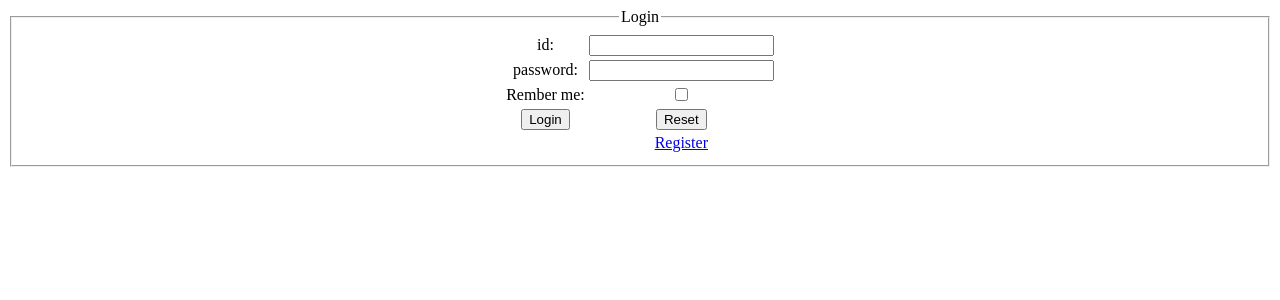
Repository: santhoshkaranth10/TYSS-16sep19-santhoshkaranthkb
Page: http://localhost/empwebapp/home
An editor plug-in stored every save of this project. The page is shown before and after the next save, followed by the edit.
The browser window is 1280 px wide. The pictures show the whole page.
The page is served by Tomcat 9. Other server files are loaded and not shown.

Above is the page before, as saved 2019-11-18 12:53:43.

### eclipse-workspace/empwebapp/WebContent/login.jsp
<%@ page language="java" contentType="text/html; charset=ISO-8859-1"
	pageEncoding="ISO-8859-1"%>
<!DOCTYPE html>
<html>
<head>
<meta charset="ISO-8859-1">
<title>Insert title here</title>
</head>
<jsp:useBean id="msg" class="java.lang.String" scope="request"/>
<%
String id="";
Cookie[] cookies=request.getCookies();
if(cookies!=null) {
	for (Cookie cookie : cookies) {
		if(cookie.getName().equals("alwaysRember")) {
			id=cookie.getValue();
		}
	}
}
%>
<body>
	<fieldset align='center'>
		<legend>Login</legend>
		<form action='./login' method='post''>
			<table align='center'>
				<tr>
					<td>id:</td>
					<td><input type='number' name='id' value='<%=id%>'></td>
				</tr>
				<tr>
					<td>password:</td>
					<td><input type='password' name='password'></td>
				</tr>
				<tr>
					<td>Rember me:</td>
					<td><input type='checkbox' name='remberme' value='check'></td>
				</tr>
				<tr>
					<td><input type='submit' value='Login'></td>
					<td><input type='reset' value='Reset'></td>
				</tr>
				<tr>
					<td></td>
					<td><a href='register.html'>Register</a></td>
				</tr>
			</table>
		</form>
	</fieldset>
</body>
</html>

### eclipse-workspace/empwebapp/src/com/testyantra/empwebapp/servlet/HomeServlet.java
package com.testyantra.empwebapp.servlet;

import java.io.IOException;
import java.io.PrintWriter;

import javax.servlet.RequestDispatcher;
import javax.servlet.ServletException;
import javax.servlet.annotation.WebServlet;
import javax.servlet.http.HttpServlet;
import javax.servlet.http.HttpServletRequest;
import javax.servlet.http.HttpServletResponse;
import javax.servlet.http.HttpSession;

import com.testyantra.empwebapp.dto.EmployeeInfo;

@WebServlet("/home")
public class HomeServlet extends HttpServlet {

	@Override
	protected void doGet(HttpServletRequest req, HttpServletResponse resp) throws ServletException, IOException {
		HttpSession session=req.getSession(false);
		if(session!=null) {
//		EmployeeInfo info=(EmployeeInfo)session.getAttribute("info");
		RequestDispatcher dispatcher = req.getRequestDispatcher("/home.jsp");
		dispatcher.forward(req, resp);
		//PrintWriter out=resp.getWriter();

//		out.println("<h1>WELCOME "+info.getName());
//		out.println("</h1>");
//		out.println("<a href='./search.html'>Search</a>");
//		out.println("<a href='./passwordchange.html'>ChangePassword</a>");
//		out.println("<a href='./logout'>Logout</a>");
//
		}else {
			RequestDispatcher dispatcher=req.getRequestDispatcher("./login.jsp");
			dispatcher.forward(req, resp);
		}
	}//end of dogetmethod



	@Override
	protected void doPost(HttpServletRequest req, HttpServletResponse resp) throws ServletException, IOException {
		doGet(req, resp);
	}//end of dopost
}//end of homeservlet

After the next save:
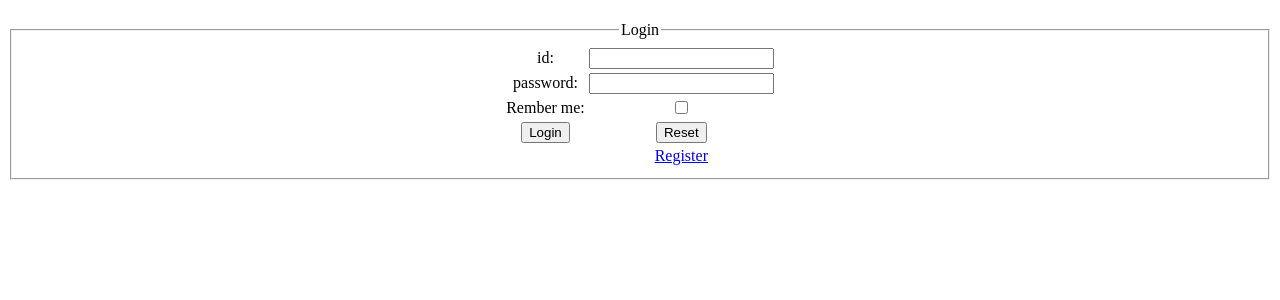
Saved 18 s later.
--- a/eclipse-workspace/empwebapp/WebContent/login.jsp
+++ b/eclipse-workspace/empwebapp/WebContent/login.jsp
@@ -19,6 +19,7 @@ if(cookies!=null) {
 }
 %>
 <body>
+<h4><%=msg %></h4>
 	<fieldset align='center'>
 		<legend>Login</legend>
 		<form action='./login' method='post''>
